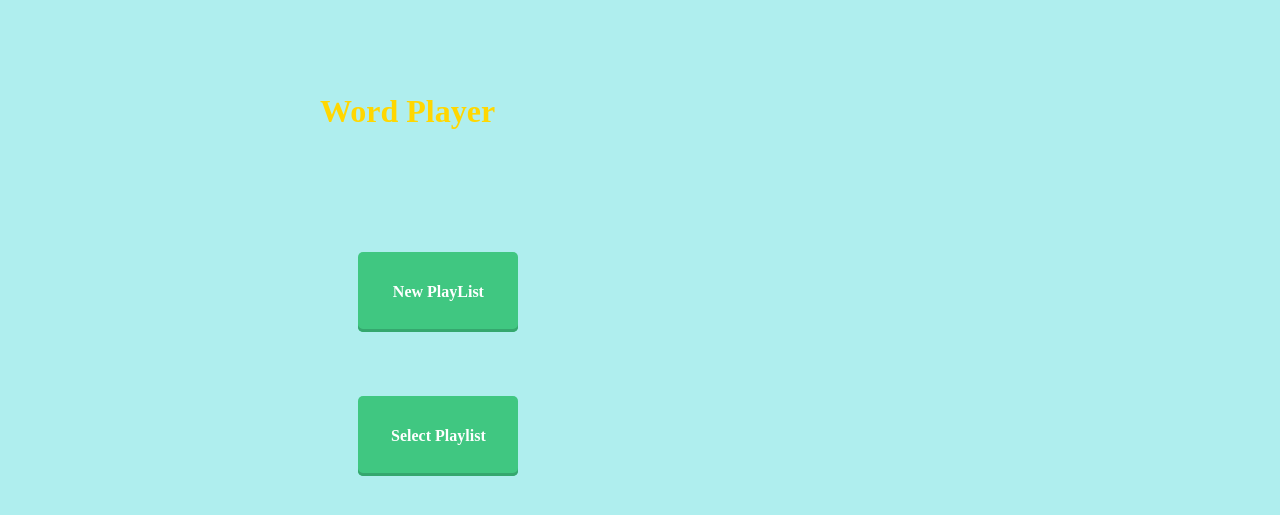
Repository: Artem-Brunov/msu_prac
Page: workspace/BasicUI/index.html
These files come from the project's save history. The page is drawn as it stood at one moment and after the next save; the edit follows.
The browser window is 1280 px wide. The pictures show the whole page.

Above is the page before, as saved 2017-11-19 19:39:05.

After the next save:
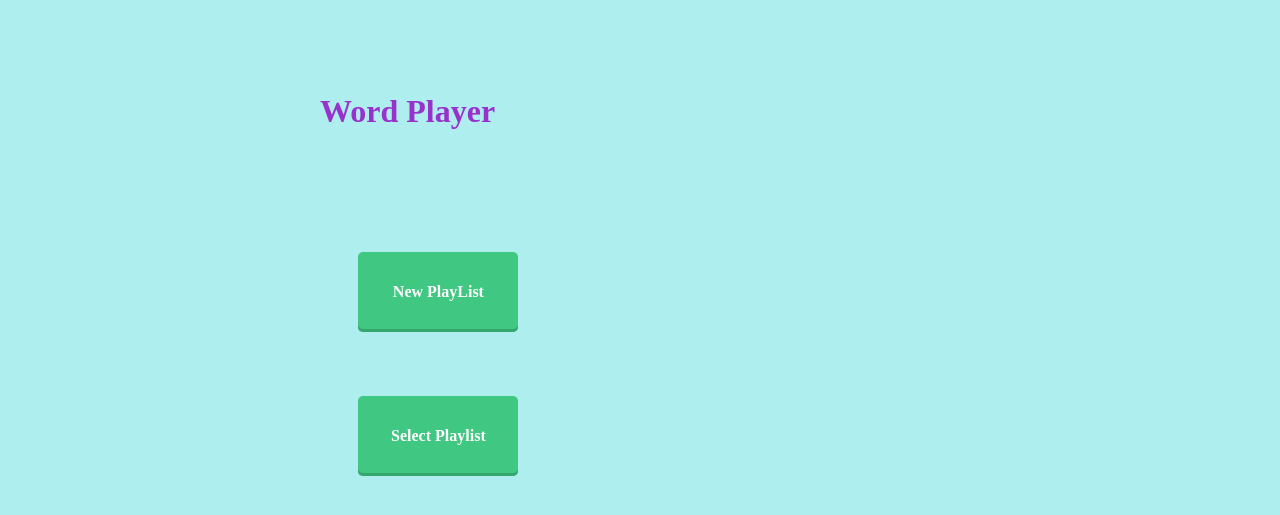
Saved 32 s later.
--- a/workspace/BasicUI/css/style.css
+++ b/workspace/BasicUI/css/style.css
@@ -11,7 +11,7 @@ body {
  	position: absolute;
  	left: 25%;
  	top: 10%;
- 	color: Gold;
+ 	color: DarkOrchid;
  }
  a.first_button {
 
